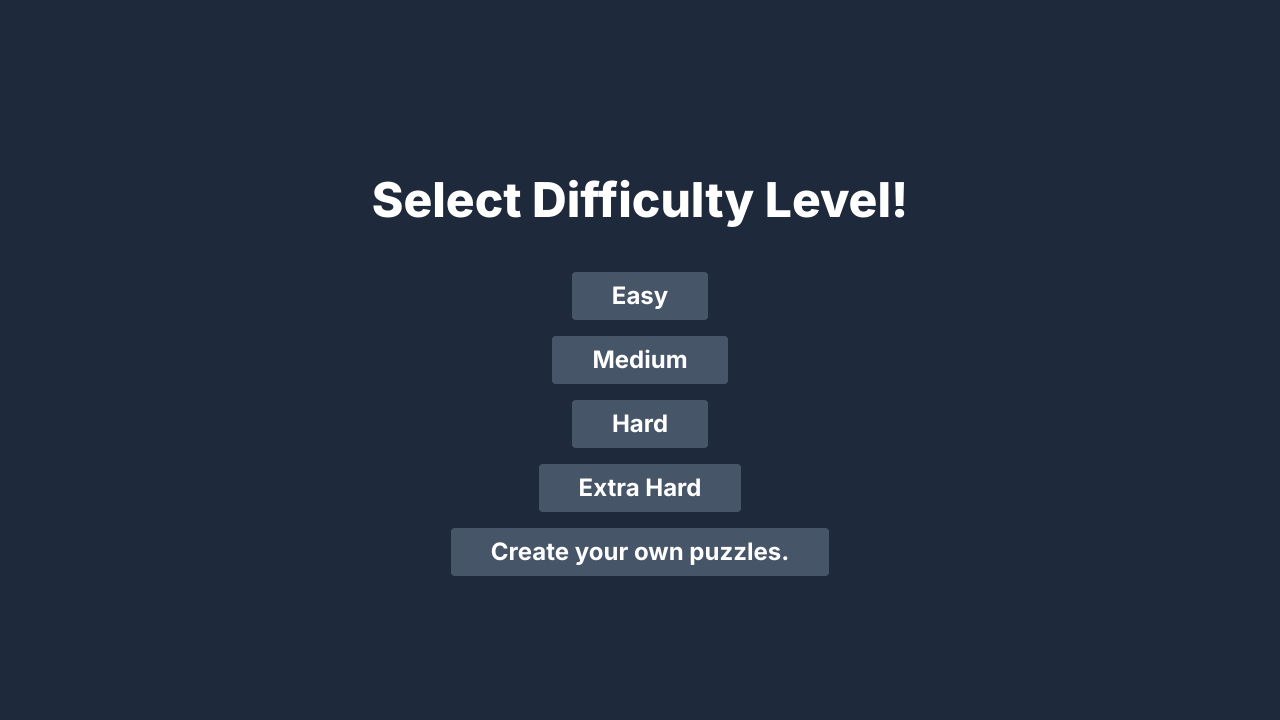
Repository: badhon252/sudoku
Page: /level
The author's editor kept a copy of each file at every save. The page is drawn from the files as they stood at one save, then again after the next save.
The browser window is 1280 px wide. The pictures show the whole page.
The project was rebuilt for these pictures with package versions that can differ from the ones it lists, and the page was loaded fresh each time. The framework's server and built-in components were replaced by stand-ins that run in the browser. Also part of the build but not shown: next.config.js.

Above is the page before, as saved 2023-06-04 21:57:24.

### app/level/page.tsx
import React from 'react'

export default function Level() {
  return (
    <div className='min-h-screen flex flex-col items-center justify-center bg-slate-800 text-white'>
        <h1 className='text-5xl font-extrabold my-10'>Select Difficulty Level! </h1>
        <button type='button' className='my-2 py-2 px-10 text-2xl font-bold bg-slate-600 rounded'>Easy</button>
        <button type='button' className='my-2 py-2 px-10 text-2xl font-bold bg-slate-600 rounded'>Medium</button>
        <button type='button' className='my-2 py-2 px-10 text-2xl font-bold bg-slate-600 rounded'>Hard</button>
        <button type='button' className='my-2 py-2 px-10 text-2xl font-bold bg-slate-600 rounded'>Extra Hard</button>

        <button type='button' className='my-2 py-2 px-10 text-2xl font-bold bg-slate-600 rounded'>Create your own puzzles.</button>
    </div>
  )
}

Loaded but not shown: app/layout.tsx (common file); app/globals.css (common file); tailwind.config.js (common file)

After the next save:
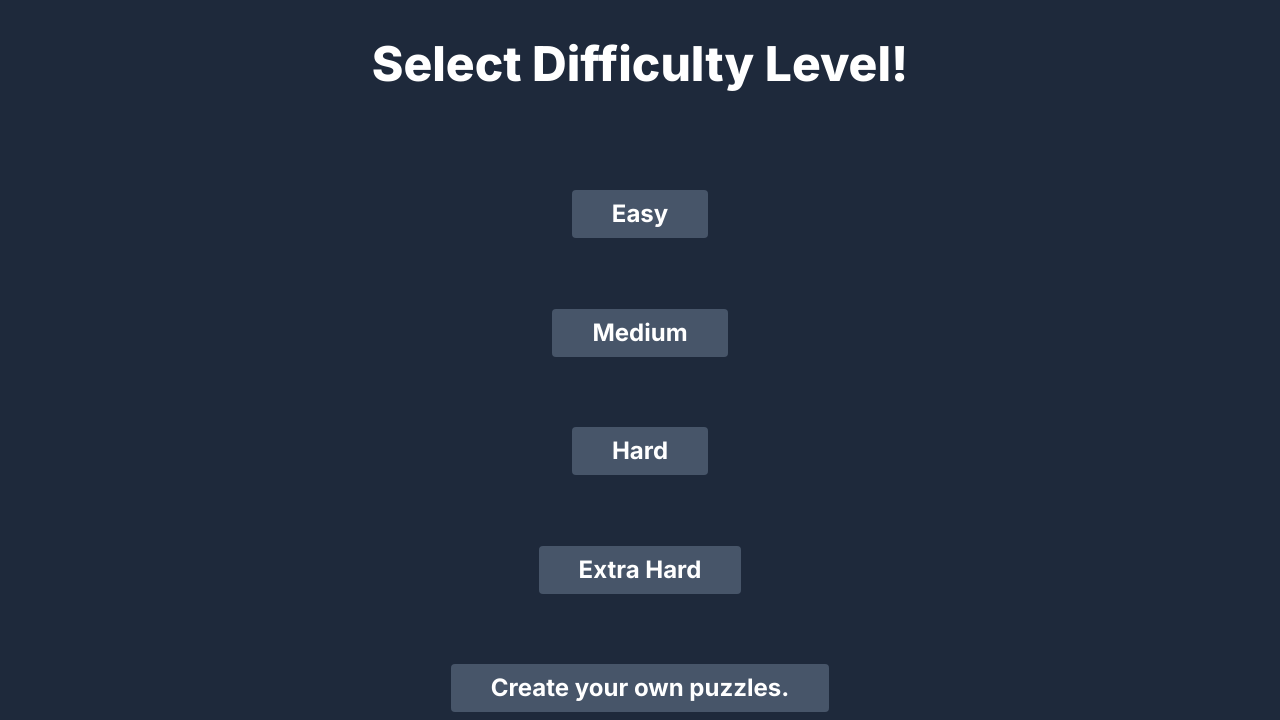
Saved 31 s later.
--- a/app/level/page.tsx
+++ b/app/level/page.tsx
@@ -2,7 +2,7 @@ import React from 'react'
 
 export default function Level() {
   return (
-    <div className='min-h-screen flex flex-col items-center justify-center bg-slate-800 text-white'>
+    <div className='min-h-screen flex flex-col items-center  justify-between bg-slate-800 text-white'>
         <h1 className='text-5xl font-extrabold my-10'>Select Difficulty Level! </h1>
         <button type='button' className='my-2 py-2 px-10 text-2xl font-bold bg-slate-600 rounded'>Easy</button>
         <button type='button' className='my-2 py-2 px-10 text-2xl font-bold bg-slate-600 rounded'>Medium</button>
